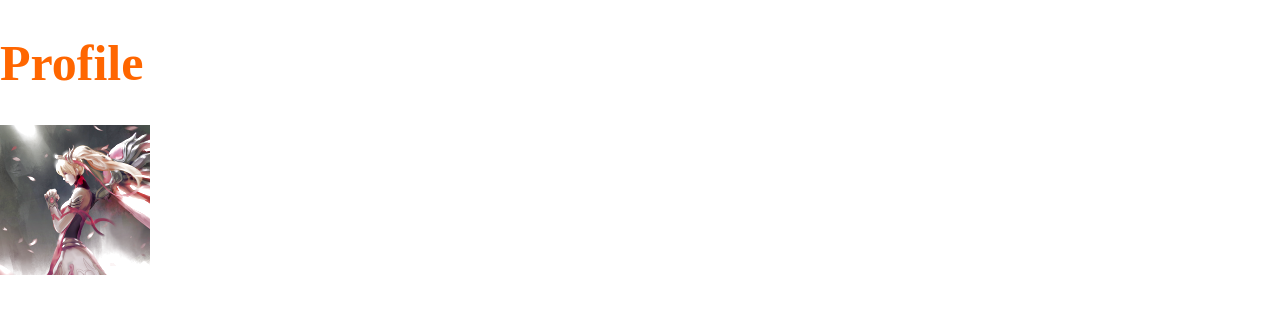
Repository: KLM94/profile
Page: /
An editor plug-in stored every save of this project. The page is shown before and after the next save, followed by the edit.
The browser window is 1280 px wide. The pictures show the whole page.
The project was rebuilt for these pictures with package versions that can differ from the ones it lists, and the page was loaded fresh each time.

Above is the page before, as saved 2020-10-27 16:34:20.

After the next save:
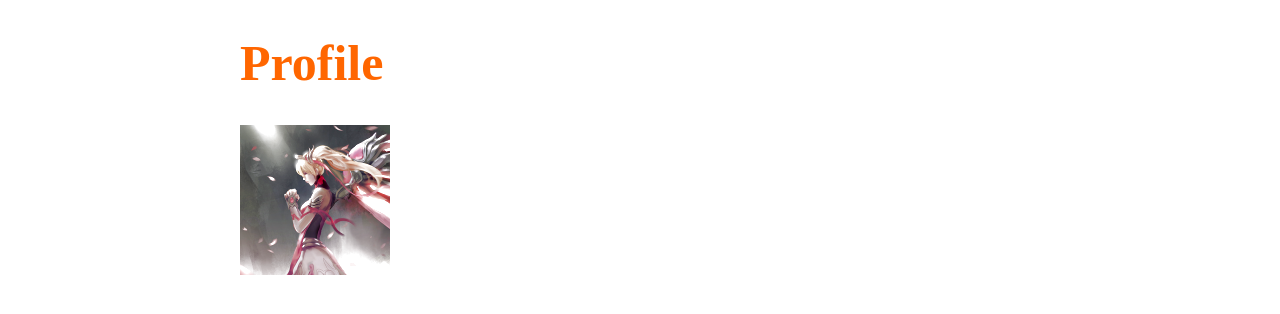
Saved 28 s later.
--- a/src/App.css
+++ b/src/App.css
@@ -1,5 +1,6 @@
 body {
-  margin: auto;
+  width: 800px;
+  margin: 0 auto;
 }
 
 .header {
